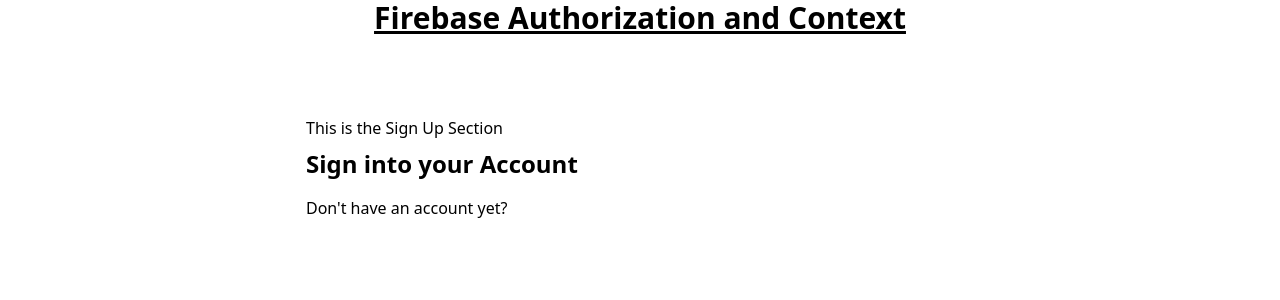
Repository: mottad14/practice_google_firebase
Page: /signup
These files come from the project's save history. The page is drawn as it stood at one moment and after the next save; the edit follows.
The browser window is 1280 px wide. The pictures show the whole page.
The project was rebuilt for these pictures with package versions that can differ from the ones it lists, and the page was loaded fresh each time. Also part of the build but not shown: src/components/Signin.jsx, src/components/Account.jsx.

Above is the page before, as saved 2022-07-27 09:00:16.

### src/index.js
import React from 'react';
import ReactDOM from 'react-dom/client';
import './index.css';
import App from './App';
import {BrowserRouter} from "react-router-dom"

const root = ReactDOM.createRoot(document.getElementById('root'))
root.render(
  <BrowserRouter>
    <App/>
  </BrowserRouter>);

### src/App.js
import React from "react";
import Signin from "./components/Signin";
import Signup from "./components/Signup";
import Account from "./components/Account"
import { Route, Routes } from "react-router-dom";

function App() {
  return (
    <div className="App">
          <h1 className="text-3xl text-center font-bold underline">
            Firebase Authorization and Context
            </h1>
            <Routes>
              <Route path="/" element={<Signin/>}  />
              <Route path="/signup" element={<Signup/>}  />
              <Route path="/account" element={<Account/>}  />
            </Routes>
    </div>
  );
}

export default App;

### src/components/Signup.jsx
import React from 'react'

const Signup = () => {
  return (
    <div className='max-w-[700px] mx-auto my-16 p-4 '>

      This is the Sign Up Section
      <div>
        <h1 className='text-2xl font-bold py-2'>Sign into your Account</h1>
        <p className='py-2'>
          Don't have an account yet?
        </p>
      </div>

    </div>
  )
}

export default Signup

### tailwind.config.js
/** @type {import('tailwindcss').Config} */
module.exports = {
  content: [
    "./src/**/*.{js,jsx,ts,tsx}",
],
  theme: {
    extend: {},
  },
  plugins: [],
}

Loaded but not shown: public/index.html (common file); src/index.css (common file)

After the next save:
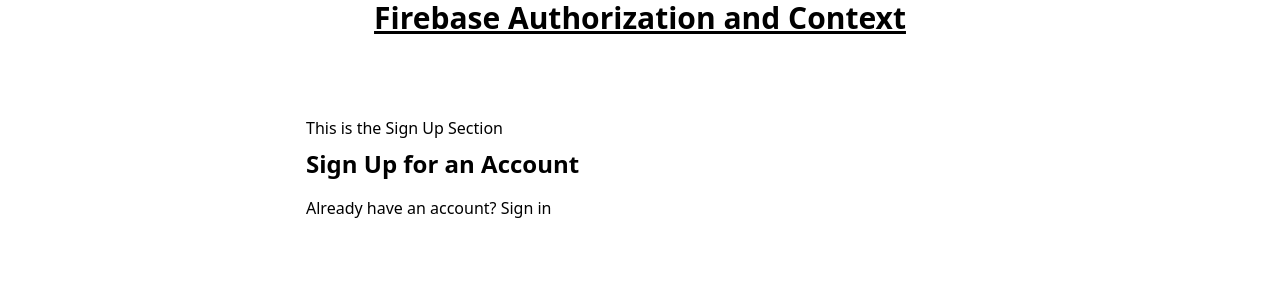
Saved 66 s later.
--- a/src/components/Signup.jsx
+++ b/src/components/Signup.jsx
@@ -6,9 +6,9 @@
 
       This is the Sign Up Section
       <div>
-        <h1 className='text-2xl font-bold py-2'>Sign into your Account</h1>
+        <h1 className='text-2xl font-bold py-2'>Sign Up for an Account</h1>
         <p className='py-2'>
-          Don't have an account yet?
+          Already have an account? Sign in
         </p>
       </div>
 
